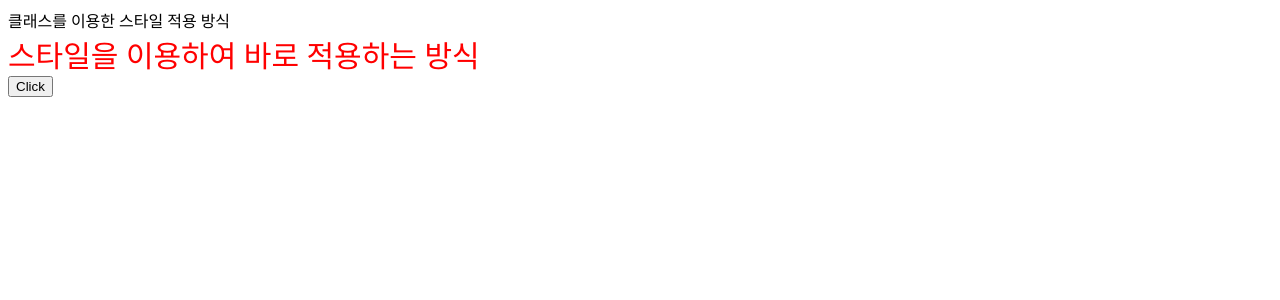
Repository: RyuGeunHwan/code_J
Page: Vuejs/22-08-10 vuejs 클래스 & 스타일바인딩.html
The author's editor kept a copy of each file at every save. The page is drawn from the files as they stood at one save, then again after the next save.
The browser window is 1280 px wide. The pictures show the whole page.

Above is the page before, as saved 2022-08-10 08:38:53.

### Vuejs/22-08-10 vuejs 클래스 & 스타일바인딩.html
<!DOCTYPE html>
<html lang="en">
<head>
    <meta charset="UTF-8">
    <meta http-equiv="X-UA-Compatible" content="IE=edge">
    <meta name="viewport" content="width=device-width, initial-scale=1.0">
    <title>vuejs 클래스 & 스타일바인딩</title>
    <script src="https://cdn.jsdelivr.net/npm/vue/dist/vue.js"></script>
    <style>
        .red{
            color: red;
        }

        .font-bold{
            font-weight: bold;
        }
    </style>
</head>
<body>
    <div id="app">
        <div :class="{ red: isRed, 'font-bold': isBold}">클래스를 이용한 스타일 적용 방식</div>
        <div :style="{ color: red, fontSize: size}">스타일을 이용하여 바로 적용하는 방식</div>
        <button @click="update()">Click</button>
    </div>
    <script>
        new Vue({
            el: '#app',
            data:{
                isRed: false,
                isBold: false,
                red: 'red',
                size: '30px'
            },
            methods:{
                update(){
                    this.isRed = !this.isRed;
                    this.isBold = !this.isBold;
                }
            }
        })
    </script>
</body>
</html>

After the next save:
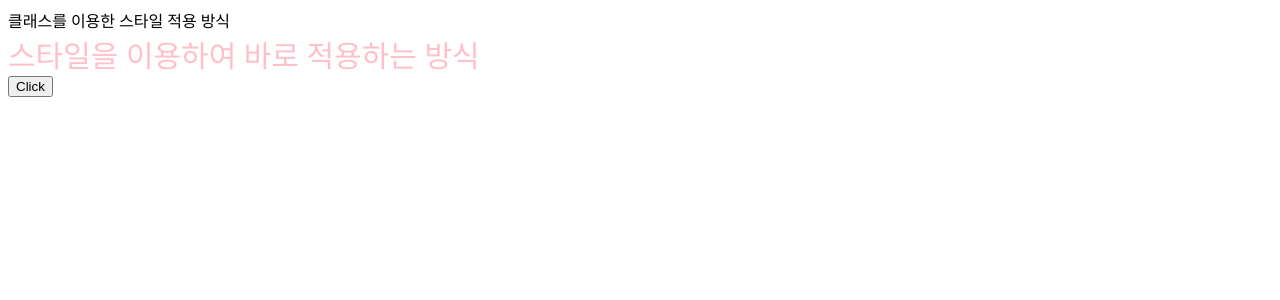
Saved 70 s later.
--- a/Vuejs/22-08-10 vuejs 클래스 & 스타일바인딩.html
+++ b/Vuejs/22-08-10 vuejs 클래스 & 스타일바인딩.html
@@ -19,7 +19,7 @@
 <body>
     <div id="app">
         <div :class="{ red: isRed, 'font-bold': isBold}">클래스를 이용한 스타일 적용 방식</div>
-        <div :style="{ color: red, fontSize: size}">스타일을 이용하여 바로 적용하는 방식</div>
+        <div :style="{ color: pink, fontSize: size}">스타일을 이용하여 바로 적용하는 방식</div>
         <button @click="update()">Click</button>
     </div>
     <script>
@@ -28,7 +28,7 @@
             data:{
                 isRed: false,
                 isBold: false,
-                red: 'red',
+                pink: 'pink',
                 size: '30px'
             },
             methods:{
